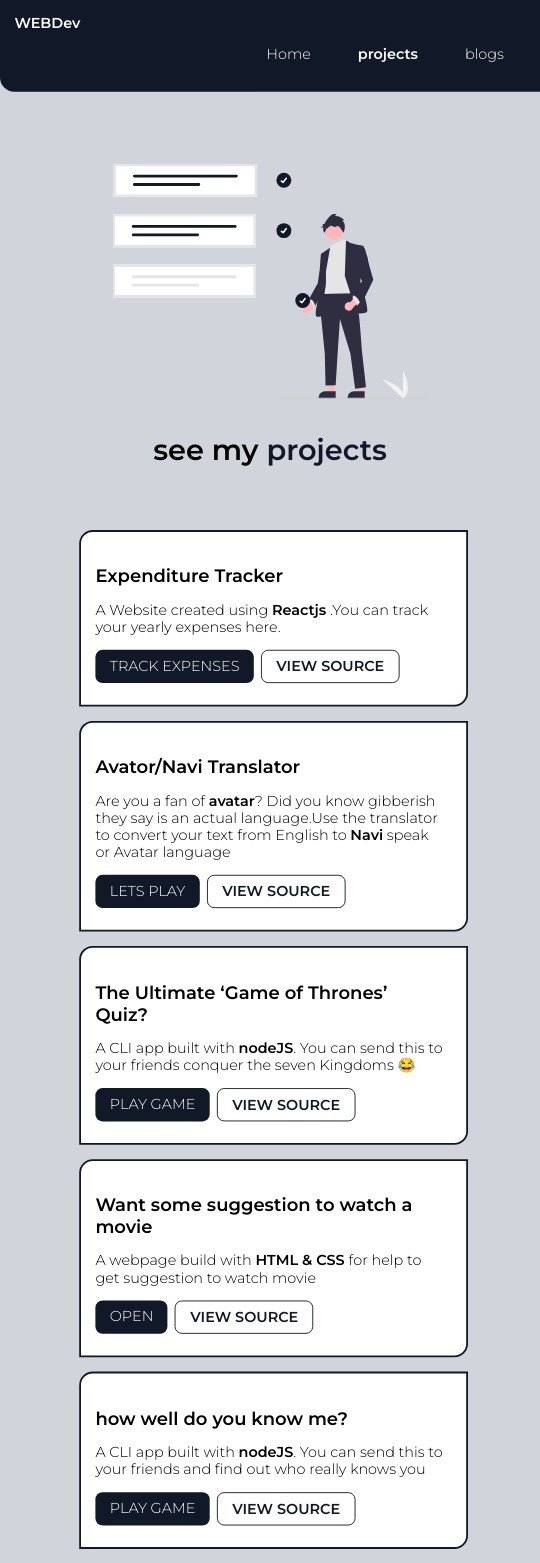
Repository: sohan2503001/Portfolio
Page: projects.html
These files come from the project's save history. The page is drawn as it stood at one moment and after the next save; the edit follows.
The browser window is 600 px wide. The pictures show the whole page, at 90% of full size.

Above is the page before, as saved 2021-05-26 12:22:15.

### projects.html
<!DOCTYPE html>
<html lang="en">

<head>
  <meta charset="UTF-8" />
  <meta name="viewport" content="width=device-width, initial-scale=1.0" />
  <title>Projects | Sohan</title>
  <link rel="stylesheet" href="style.css" />
  <link rel="icon" href="images/favicon.svg" sizes="any" type="image/svg+xml">
</head>

<body>
  <nav class="navigation container">
    <div class="nav-brand">WEBDev</div>
    <ul class="list-non-bullet nav-pills">
      <li class="list-item-inline">
        <a class="link" href="/">Home</a>
      </li>
      <li class="list-item-inline">
        <a class="link link-active" href="projects.html">projects</a>
      </li>
      <li class="list-item-inline">
        <a class="link" href="blogs.html">blogs</a>
      </li>
    </ul>
  </nav>

  <header class="hero">
    <img class="hero-img" src="images/pro.svg" alt="" />
    <h1 class="hero-heading">
      see my<span class="heading-inverted"> projects</span>
    </h1>
  </header>


  <ol class="list list-non-bullet">


    <div class="container container-center box-contain">
      <li>
        <h1 class="pro-title">Expenditure Tracker</h1>
        <p>
          A Website created using <strong>Reactjs</strong> .You can track your yearly expenses here.
        </p>

        <div class="link-button">
          <a class="link link-primary name-link" href="https://expenditure-tracker.netlify.app/"
          target="_blank">TRACK EXPENSES</a>
        <a class="link link-secondary" href="https://github.com/sohan2503001/Expenditure-Tracker" target="_blank">VIEW
          SOURCE</a>
        </div>
      </li>
    </div>


    <div class="container container-center box-contain">
      <li>
        <h1 class="pro-title">Avator/Navi Translator </h1>
        <p>
          Are you a fan of <strong>avatar</strong>? Did you know gibberish they say is an actual
          language.Use the translator to convert your text from English to <strong>Navi</strong>
          speak or Avatar language
        </p>

        <div class="link-button">
          <a class="link link-primary name-link" href="https://avator-speak.netlify.app/"
          target="_blank">LETS PLAY</a>
        <a class="link link-secondary" href="https://github.com/sohan2503001/Avator-speak" target="_blank">VIEW
          SOURCE</a>
        </div>
      </li>
    </div>


    <div class="container container-center box-contain">
      <li>
        <h1 class="pro-title">The Ultimate ‘Game of Thrones’ Quiz?</h1>
        <p>
          A CLI app built with <strong>nodeJS</strong>. You can send this to
          your friends conquer the seven Kingdoms 😂
        </p>

        <div class="link-button">
          <a class="link link-primary name-link" href="https://replit.com/@Sohan250301/GameofThronesQuiz?embed=1&output=1#index.js"
          target="_blank">PLAY GAME</a>
        <a class="link link-secondary" href="https://github.com/sohan2503001/GOTQuiz" target="_blank">VIEW SOURCE</a>
        </div>
      </li>
    </div>


    <div class="container container-center box-contain">
      <li>
        <h1 class="pro-title">Want some suggestion to watch a movie</h1>
        <p>
          A webpage build with <strong>HTML & CSS </strong> for help to get suggestion to watch movie
        </p>

        <div class="link-button">
          <a class="link link-primary name-link" href="https://moviesreview.netlify.app/" target="_blank">OPEN</a>
        <a class="link link-secondary" href="https://github.com/sohan2503001/MovieSuggestion" target="_blank">VIEW
          SOURCE</a>
        </div>
      </li>
    </div>


    <div class="container container-center box-contain">
      <li>
        <h1 class="pro-title">how well do you know me?</h1>
        <p>
          A CLI app built with <strong>nodeJS</strong>. You can send this to
          your friends and find out who really knows you
        </p>

        <div class="link-button">
          <a class="link link-primary name-link" href="https://replit.com/@Sohan250301/How-much-you-know-me?embed=1&output=1"
          target="_blank">PLAY GAME</a>
        <a class="link link-secondary" href="https://github.com/sohan2503001/Quiz1" target="_blank">VIEW SOURCE</a>
        </div>
      </li>
    </div>


  </ol>
  <script src="code.js"></script>
</body>

</html>

### style.css
@import url('https://fonts.googleapis.com/css2?family=Montserrat:wght@300;600&display=swap');

:root{
    --primary-color: #111827;
    --dark-gray: #4B5563;
    --off-white: #D1D5DB;
}

body {
    font-family: 'Montserrat', sans-serif;
    margin: auto;
    max-width: 800px;
    width: 100%;
    background-color: var(--off-white);
}

hr{
    margin: 2rem 0rem;
}

/** container **/
.container{
    padding: 0rem 1rem;
}

.container-center{
    max-width: 600px;
    margin: auto;
}

/** links **/
.link{
    text-decoration: none;
    padding: 0.5rem 1rem;
    /*margin: 1rem 0rem 1rem 0rem;*/
}

.link-primary{
    background-color: var(--primary-color);
    border-radius: 0.5rem;
    color:white;
}

.link-secondary{
    color: var(--primary-color);
    border-radius: 0.5rem;
    border: 1px solid var(--primary-color);
    font-weight: bold;
    background-color: white;
}

/** lists **/

.list-non-bullet{
    list-style: none;
}

.list-item-inline{
    display: inline;
    padding: 0rem 0.5rem;
}

/** navigation **/

.navigation{
    background-color: var(--primary-color);
    color: white;
    padding: 1rem;
    border-bottom-left-radius: 1rem;
}

.navigation .nav-brand{
    font-weight: bold;
}

.navigation .nav-pills{
    text-align: right;
}

.navigation .link{
    color: white;
}

.navigation .link-active{
    font-weight: bold;
}

/**header **/

.hero{
    padding: 2rem;
    padding-top: 5rem;
}

.hero .hero-img{
    max-width: 350px;
    display: block;
    margin: auto;
}

.hero .hero-heading{
    padding-top: 1rem;
    color: var(--dark-red);
    text-align: center;
}

.hero .hero-heading .heading-inverted{
    color: var(--primary-color)
}

/** section **/
.section{
    padding: 1rem;
    border-radius: 15px;
    margin: 2rem;
}

.section h1{
    text-align: center;
    font-weight: bolder;
}

.ow {
    background-color: white;
}

.section p{
    font-weight: bold;
}

/**footer **/

.footer{
    background-color: var(--primary-color);
    padding: 1rem;
    text-align: center;
    color: white;
    border-top-right-radius: 1rem;
    padding: 30px 0;
}

.footer .link{
    color: white;
}

.footer .footer-header{
    font-weight: bold;
    font-size: large;padding-bottom: 10px;
}

.footer ul{
    padding-inline-start: 0px;
}

/**Projects**/
.box-contain{
    border: 2px solid var(--primary-color);
    padding: 1.5rem;
    border-top-left-radius: 15px;
    border-bottom-right-radius: 15px;
    margin: auto;
    margin-top: 1rem;
    margin-right: 5rem;
    background-color: white;
}

.link-button{
    display: flex;
}

.name-link{
    margin-right: 0.5rem;
}

@media(max-width:700px){
    /*Projects*/
    .box-contain{
        margin-left: 3rem;
        width: fit-content;
        padding-left: 1rem;
    }

    .pro-title{
        font-size: 20px;
    }

    /*Home*/

}

### code.js
function myFunction() {
    var element = document.body;
    element.classList.toggle("dark-mode");
}

After the next save:
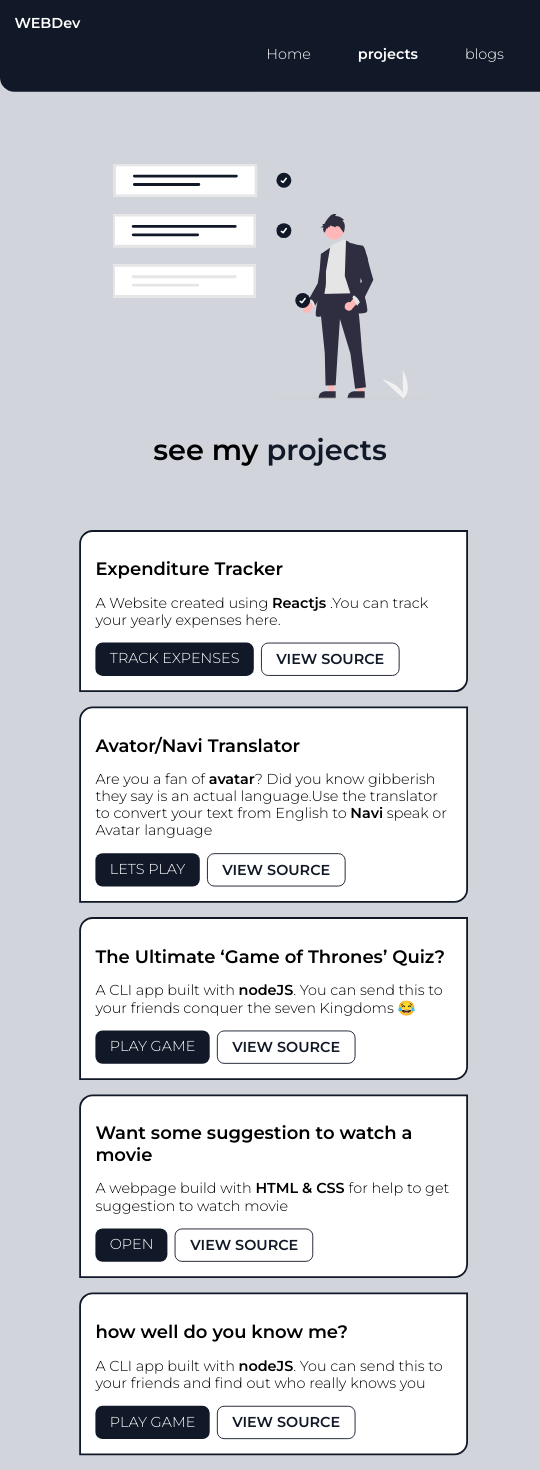
Saved 5 min 56 s later.
--- a/style.css
+++ b/style.css
@@ -177,7 +177,7 @@ hr{
     .box-contain{
         margin-left: 3rem;
         width: fit-content;
-        padding-left: 1rem;
+        padding: 1rem;
     }
 
     .pro-title{
